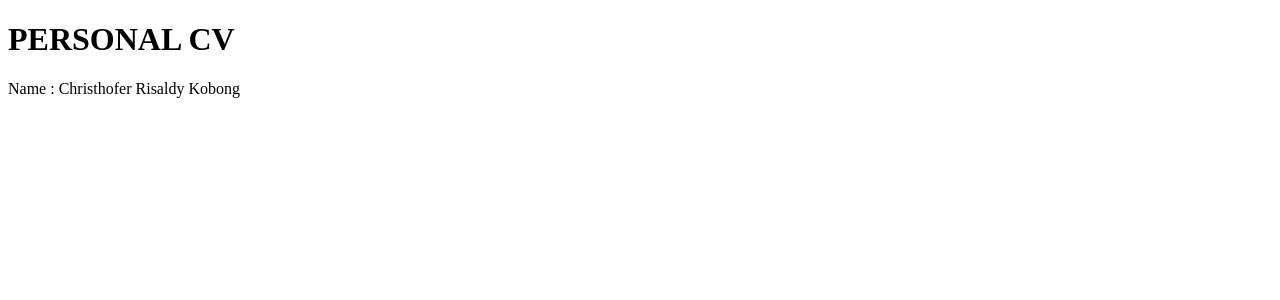
Repository: ChristhoferRisaldy/CVWeb
Page: web.html
The author's editor kept a copy of each file at every save. The page is drawn from the files as they stood at one save, then again after the next save.
The browser window is 1280 px wide. The pictures show the whole page.

Above is the page before, as saved 2025-02-21 19:31:39.

### web.html
<!DOCTYPE html>
<html>
    <body>
        <h1>PERSONAL CV</h1>
        <p>Name : Christhofer Risaldy Kobong</p>
    </body>
</html>

After the next save:
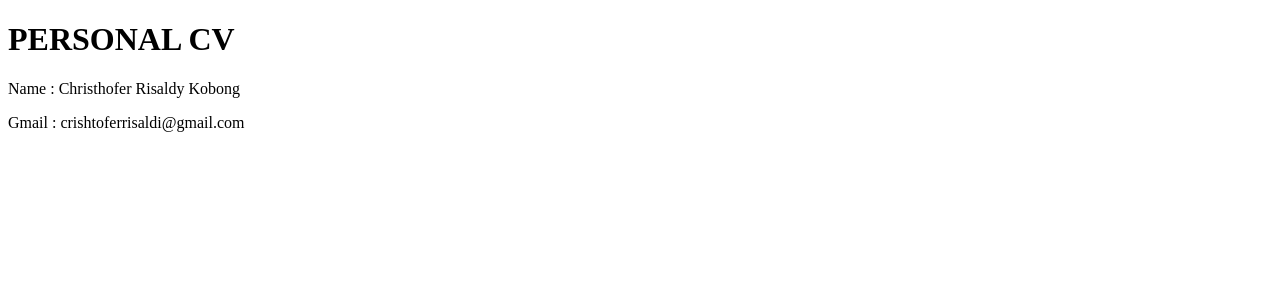
Saved 8 min 26 s later.
--- a/web.html
+++ b/web.html
@@ -3,5 +3,6 @@
     <body>
         <h1>PERSONAL CV</h1>
         <p>Name : Christhofer Risaldy Kobong</p>
+        <p>Gmail : crishtoferrisaldi@gmail.com</p>
     </body>
 </html>
